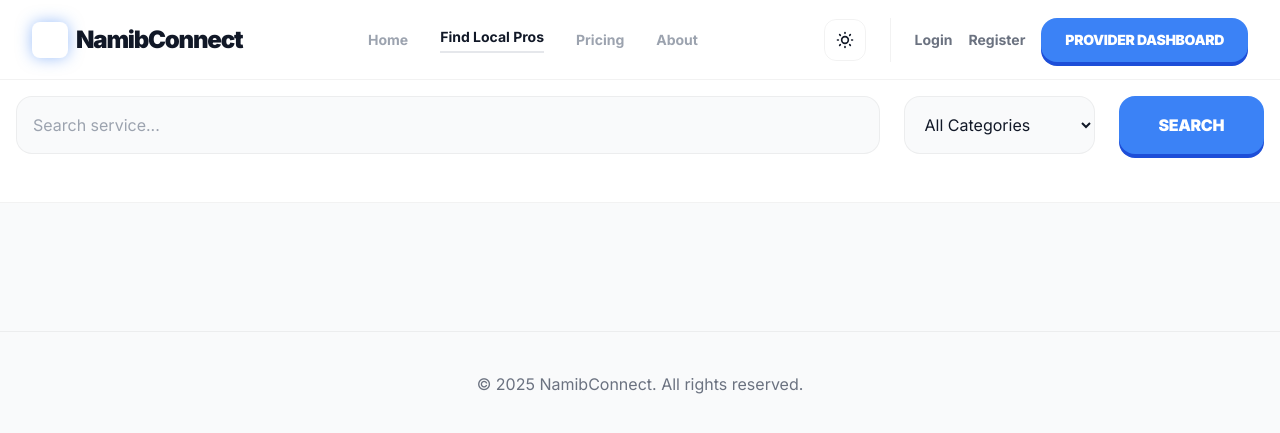
Repository: Paavo12/Localink
Page: frontend/search.html
The author's editor kept a copy of each file at every save. The page is drawn from the files as they stood at one save, then again after the next save.
The browser window is 1280 px wide. The pictures show the whole page.
The page's requests for data from a server got no answer. Some web libraries are served in a nearby version.

Above is the page before, as saved 2026-06-11 15:46:52.

### frontend/search.html
<!DOCTYPE html>
<html lang="en">
<head>
  <meta charset="UTF-8">
  <meta name="viewport" content="width=device-width, initial-scale=1.0">
  <title>Search – NamibConnect</title>
  <script src="https://cdn.tailwindcss.com"></script>
  <link rel="stylesheet" href="styles.css">
  <script src="script.js" defer></script>
</head>
<body class="bg-[var(--bg-main)] text-[var(--text-main)]">

  <!-- Navbar (same as index.html) -->
  <nav class="fixed top-0 left-0 right-0 z-50 glass-nav h-20">
    <div class="max-w-7xl mx-auto px-4 sm:px-6 lg:px-8 h-full">
      <div class="flex justify-between h-full items-center">
        <a href="index.html" class="flex items-center gap-2 group">
          <div class="w-9 h-9 bg-accent rounded-lg flex items-center justify-center transition-transform group-hover:rotate-12 shadow-neon">
            <span class="text-white font-display font-black text-xl">N</span>
          </div>
          <span class="font-display font-black text-2xl tracking-tighter text-[var(--text-main)]">NamibConnect</span>
        </a>
        <div class="hidden md:flex items-center gap-8">
          <a href="index.html" class="text-sm font-bold text-gray-400 hover:text-[var(--text-main)] transition-colors">Home</a>
          <a href="search.html" class="text-sm font-bold text-accent border-b-2 border-accent pb-1">Find Local Pros</a>
          <a href="pricing.html" class="text-sm font-bold text-gray-400 hover:text-[var(--text-main)] transition-colors">Pricing</a>
          <a href="about.html" class="text-sm font-bold text-gray-400 hover:text-[var(--text-main)] transition-colors">About</a>
        </div>
        <div class="hidden md:flex items-center gap-6">
          <button id="themeToggle" class="p-2.5 rounded-xl border border-[var(--border-main)] text-[var(--text-main)] hover:bg-[var(--border-main)] transition-all">
            <svg class="w-5 h-5 dark:hidden" fill="none" stroke="currentColor" viewBox="0 0 24 24"><path stroke-linecap="round" stroke-linejoin="round" stroke-width="2" d="M12 3v1m0 16v1m9-9h-1M4 12H3m15.364 6.364l-.707-.707M6.343 6.343l-.707-.707m12.728 0l-.707.707M6.343 17.657l-.707.707M16 12a4 4 0 11-8 0 4 4 0 018 0z"></path></svg>
            <svg class="w-5 h-5 hidden dark:block" fill="none" stroke="currentColor" viewBox="0 0 24 24"><path stroke-linecap="round" stroke-linejoin="round" stroke-width="2" d="M20.354 15.354A9 9 0 018.646 3.646 9.003 9.003 0 0012 21a9.003 9.003 0 008.354-5.646z"></path></svg>
          </button>
          <div class="flex items-center gap-4 border-l border-[var(--border-main)] pl-6">
            <a href="login.html" class="text-sm font-bold text-gray-500 hover:text-[var(--text-main)] transition-colors">Login</a>
            <a href="register.html" class="text-sm font-bold text-gray-500 hover:text-[var(--text-main)] transition-colors">Register</a>
            <a href="dashboard.html" class="btn-primary text-sm">Provider Dashboard</a>
          </div>
        </div>
        <div class="md:hidden">
          <button id="mobileMenuBtn" class="p-2">
            <svg class="w-6 h-6" fill="none" stroke="currentColor" viewBox="0 0 24 24"><path stroke-linecap="round" stroke-linejoin="round" stroke-width="2" d="M4 6h16M4 12h16M4 18h16"></path></svg>
          </button>
        </div>
      </div>
    </div>
    <div id="mobileMenu" class="hidden md:hidden bg-[var(--card-bg)] border-t border-[var(--border-main)]">
      <div class="px-4 py-6 space-y-4">
        <a href="search.html" class="block text-lg font-medium">Find Services</a>
        <a href="pricing.html" class="block text-lg font-medium">Pricing</a>
        <a href="about.html" class="block text-lg font-medium">About</a>
        <a href="login.html" class="block text-lg font-medium">Login</a>
        <a href="register.html" class="block text-lg font-medium">Register</a>
        <a href="dashboard.html" class="block btn-primary text-center">Provider Dashboard</a>
      </div>
    </div>
  </nav>

  <div class="pt-24 pb-12 border-b border-[var(--border-main)] bg-[var(--card-bg)]">
    <div class="max-w-7xl mx-auto px-4">
      <div class="flex flex-col md:flex-row gap-6">
        <input type="text" id="searchInput" placeholder="Search service..." class="flex-1 p-4 bg-[var(--bg-main)] rounded-2xl border border-[var(--border-main)] text-[var(--text-main)]">
        <select id="categorySelect" class="p-4 bg-[var(--bg-main)] rounded-2xl border border-[var(--border-main)] text-[var(--text-main)]">
          <option value="">All Categories</option>
          <option>Hair Salon</option><option>Barbershop</option><option>Car Rental</option>
          <option>Plumbing</option><option>Cleaning Services</option><option>Electrician</option><option>Catering</option>
        </select>
        <button id="searchBtn" class="btn-primary px-10">Search</button>
      </div>
    </div>
  </div>

  <main class="max-w-7xl mx-auto px-4 py-16">
    <div id="gridContainer" class="grid grid-cols-1 md:grid-cols-2 lg:grid-cols-3 gap-10"></div>
  </main>

  <footer class="bg-[var(--bg-main)] border-t border-[var(--border-main)] py-10 text-center text-gray-500">
    <p>© 2025 NamibConnect. All rights reserved.</p>
  </footer>

  <script>
    // mobile menu
    const mobileBtn = document.getElementById('mobileMenuBtn');
    const mobileMenu = document.getElementById('mobileMenu');
    if (mobileBtn && mobileMenu) {
      mobileBtn.addEventListener('click', () => mobileMenu.classList.toggle('hidden'));
    }
  </script>
</body>
</html>

### frontend/styles.css
/* styles.css – full with dark mode */
@import url('https://fonts.googleapis.com/css2?family=Inter:opsz,wght@14..32,100..900&family=Outfit:wght@100..900&display=swap');

:root {
  --bg-main: #F9FAFB;
  --text-main: #111827;
  --card-bg: #FFFFFF;
  --border-main: rgba(0,0,0,0.05);
  --accent-color: #3b82f6;
}
.dark {
  --bg-main: #0a0c10;
  --text-main: #F9FAFB;
  --card-bg: #161b22;
  --border-main: #30363d;
}
body {
  background-color: var(--bg-main);
  color: var(--text-main);
  transition: background-color 0.3s, color 0.3s;
  font-family: 'Inter', sans-serif;
}
h1, h2, h3, h4, h5, h6 {
  font-family: 'Outfit', sans-serif;
}
.glass-nav {
  background-color: var(--card-bg);
  border-bottom: 1px solid var(--border-main);
  backdrop-filter: blur(12px);
}
.bold-search {
  display: flex;
  align-items: center;
  background-color: var(--card-bg);
  border: 2px solid var(--border-main);
  border-radius: 1.5rem;
  box-shadow: 8px 8px 0 0 rgba(59,130,246,0.1);
  transition: all 0.2s;
}
.bold-search:focus-within {
  box-shadow: 12px 12px 0 0 rgba(59,130,246,0.15);
}
.btn-primary {
  background-color: var(--accent-color);
  color: white;
  padding: 0.75rem 1.5rem;
  border-radius: 1rem;
  font-weight: 900;
  text-transform: uppercase;
  letter-spacing: -0.025em;
  transition: all 0.2s;
  box-shadow: 0 4px 0 0 #1d4ed8;
  display: inline-block;
  text-align: center;
}
.btn-primary:hover {
  background-color: #2563eb;
  transform: translateY(-1px);
}
.btn-secondary {
  background-color: var(--card-bg);
  border: 2px solid var(--border-main);
  color: var(--text-main);
  padding: 0.75rem 1.5rem;
  border-radius: 1rem;
  font-weight: 900;
  text-transform: uppercase;
  transition: all 0.2s;
  box-shadow: 0 4px 0 0 var(--text-main);
  display: inline-block;
  text-align: center;
}
.shadow-neon {
  box-shadow: 0 0 15px rgba(59,130,246,0.5);
}
.badge-verified {
  background-color: rgba(59,130,246,0.1);
  color: var(--accent-color);
  font-size: 0.625rem;
  font-weight: 900;
  padding: 0.25rem 0.5rem;
  border-radius: 9999px;
  text-transform: uppercase;
  letter-spacing: 0.05em;
}
.transition-all {
  transition-property: all;
  transition-timing-function: cubic-bezier(0.4, 0, 0.2, 1);
  transition-duration: 0.2s;
}
.quote-form input, .quote-form textarea {
  background-color: var(--bg-main);
  border: 1px solid var(--border-main);
  border-radius: 1rem;
  padding: 0.75rem 1rem;
  color: var(--text-main);
  font-weight: 500;
  width: 100%;
}
.quote-form input:focus, .quote-form textarea:focus {
  outline: none;
  border-color: var(--accent-color);
}
input[type="time"] {
  appearance: none;
  -webkit-appearance: none;
  background-color: var(--bg-main);
  color: var(--text-main);
  border: 1px solid var(--border-main);
  border-radius: 0.75rem;
  padding: 0.5rem;
  font-family: inherit;
}
input[type="time"]::-webkit-calendar-picker-indicator {
  filter: invert(0.5);
  cursor: pointer;
}
.dark input[type="time"]::-webkit-calendar-picker-indicator {
  filter: invert(1);
}

Loaded but not shown: frontend/script.js (477 lines, source omitted)

After the next save:
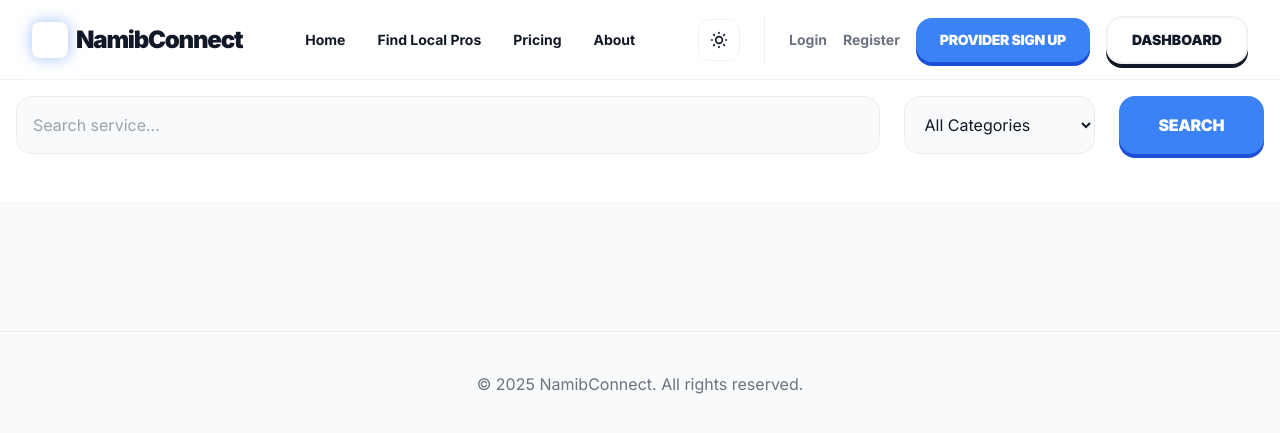
Saved 2 min 33 s later.
--- a/frontend/search.html
+++ b/frontend/search.html
@@ -10,52 +10,52 @@
 </head>
 <body class="bg-[var(--bg-main)] text-[var(--text-main)]">
 
-  <!-- Navbar (same as index.html) -->
-  <nav class="fixed top-0 left-0 right-0 z-50 glass-nav h-20">
-    <div class="max-w-7xl mx-auto px-4 sm:px-6 lg:px-8 h-full">
-      <div class="flex justify-between h-full items-center">
-        <a href="index.html" class="flex items-center gap-2 group">
-          <div class="w-9 h-9 bg-accent rounded-lg flex items-center justify-center transition-transform group-hover:rotate-12 shadow-neon">
-            <span class="text-white font-display font-black text-xl">N</span>
-          </div>
-          <span class="font-display font-black text-2xl tracking-tighter text-[var(--text-main)]">NamibConnect</span>
-        </a>
-        <div class="hidden md:flex items-center gap-8">
-          <a href="index.html" class="text-sm font-bold text-gray-400 hover:text-[var(--text-main)] transition-colors">Home</a>
-          <a href="search.html" class="text-sm font-bold text-accent border-b-2 border-accent pb-1">Find Local Pros</a>
-          <a href="pricing.html" class="text-sm font-bold text-gray-400 hover:text-[var(--text-main)] transition-colors">Pricing</a>
-          <a href="about.html" class="text-sm font-bold text-gray-400 hover:text-[var(--text-main)] transition-colors">About</a>
+ <nav class="fixed top-0 left-0 right-0 z-50 glass-nav h-20">
+  <div class="max-w-7xl mx-auto px-4 sm:px-6 lg:px-8 h-full">
+    <div class="flex justify-between h-full items-center">
+      <a href="index.html" class="flex items-center gap-2 group">
+        <div class="w-9 h-9 bg-accent rounded-lg flex items-center justify-center transition-transform group-hover:rotate-12 shadow-neon">
+          <span class="text-white font-display font-black text-xl">N</span>
         </div>
-        <div class="hidden md:flex items-center gap-6">
-          <button id="themeToggle" class="p-2.5 rounded-xl border border-[var(--border-main)] text-[var(--text-main)] hover:bg-[var(--border-main)] transition-all">
-            <svg class="w-5 h-5 dark:hidden" fill="none" stroke="currentColor" viewBox="0 0 24 24"><path stroke-linecap="round" stroke-linejoin="round" stroke-width="2" d="M12 3v1m0 16v1m9-9h-1M4 12H3m15.364 6.364l-.707-.707M6.343 6.343l-.707-.707m12.728 0l-.707.707M6.343 17.657l-.707.707M16 12a4 4 0 11-8 0 4 4 0 018 0z"></path></svg>
-            <svg class="w-5 h-5 hidden dark:block" fill="none" stroke="currentColor" viewBox="0 0 24 24"><path stroke-linecap="round" stroke-linejoin="round" stroke-width="2" d="M20.354 15.354A9 9 0 018.646 3.646 9.003 9.003 0 0012 21a9.003 9.003 0 008.354-5.646z"></path></svg>
-          </button>
-          <div class="flex items-center gap-4 border-l border-[var(--border-main)] pl-6">
-            <a href="login.html" class="text-sm font-bold text-gray-500 hover:text-[var(--text-main)] transition-colors">Login</a>
-            <a href="register.html" class="text-sm font-bold text-gray-500 hover:text-[var(--text-main)] transition-colors">Register</a>
-            <a href="dashboard.html" class="btn-primary text-sm">Provider Dashboard</a>
-          </div>
-        </div>
-        <div class="md:hidden">
-          <button id="mobileMenuBtn" class="p-2">
-            <svg class="w-6 h-6" fill="none" stroke="currentColor" viewBox="0 0 24 24"><path stroke-linecap="round" stroke-linejoin="round" stroke-width="2" d="M4 6h16M4 12h16M4 18h16"></path></svg>
-          </button>
+        <span class="font-display font-black text-2xl tracking-tighter text-[var(--text-main)]">NamibConnect</span>
+      </a>
+      <div class="hidden md:flex items-center gap-8">
+        <a href="index.html" class="text-sm font-bold HOME_CLASS">Home</a>
+        <a href="search.html" class="text-sm font-bold SEARCH_CLASS">Find Local Pros</a>
+        <a href="pricing.html" class="text-sm font-bold PRICING_CLASS">Pricing</a>
+        <a href="about.html" class="text-sm font-bold ABOUT_CLASS">About</a>
+      </div>
+      <div class="hidden md:flex items-center gap-6">
+        <button id="themeToggle" class="p-2.5 rounded-xl border border-[var(--border-main)] text-[var(--text-main)] hover:bg-[var(--border-main)] transition-all">
+          <svg class="w-5 h-5 dark:hidden" fill="none" stroke="currentColor" viewBox="0 0 24 24"><path stroke-linecap="round" stroke-linejoin="round" stroke-width="2" d="M12 3v1m0 16v1m9-9h-1M4 12H3m15.364 6.364l-.707-.707M6.343 6.343l-.707-.707m12.728 0l-.707.707M6.343 17.657l-.707.707M16 12a4 4 0 11-8 0 4 4 0 018 0z"></path></svg>
+          <svg class="w-5 h-5 hidden dark:block" fill="none" stroke="currentColor" viewBox="0 0 24 24"><path stroke-linecap="round" stroke-linejoin="round" stroke-width="2" d="M20.354 15.354A9 9 0 018.646 3.646 9.003 9.003 0 0012 21a9.003 9.003 0 008.354-5.646z"></path></svg>
+        </button>
+        <div class="flex items-center gap-4 border-l border-[var(--border-main)] pl-6">
+          <a href="login.html" class="text-sm font-bold text-gray-500 hover:text-[var(--text-main)] transition-colors">Login</a>
+          <a href="register.html" class="text-sm font-bold text-gray-500 hover:text-[var(--text-main)] transition-colors">Register</a>
+          <a href="register-provider.html" class="btn-primary text-sm">Provider Sign Up</a>
+          <a href="dashboard.html" class="btn-secondary text-sm">Dashboard</a>
         </div>
       </div>
-    </div>
-    <div id="mobileMenu" class="hidden md:hidden bg-[var(--card-bg)] border-t border-[var(--border-main)]">
-      <div class="px-4 py-6 space-y-4">
-        <a href="search.html" class="block text-lg font-medium">Find Services</a>
-        <a href="pricing.html" class="block text-lg font-medium">Pricing</a>
-        <a href="about.html" class="block text-lg font-medium">About</a>
-        <a href="login.html" class="block text-lg font-medium">Login</a>
-        <a href="register.html" class="block text-lg font-medium">Register</a>
-        <a href="dashboard.html" class="block btn-primary text-center">Provider Dashboard</a>
+      <div class="md:hidden">
+        <button id="mobileMenuBtn" class="p-2">
+          <svg class="w-6 h-6" fill="none" stroke="currentColor" viewBox="0 0 24 24"><path stroke-linecap="round" stroke-linejoin="round" stroke-width="2" d="M4 6h16M4 12h16M4 18h16"></path></svg>
+        </button>
       </div>
     </div>
-  </nav>
-
+  </div>
+  <div id="mobileMenu" class="hidden md:hidden bg-[var(--card-bg)] border-t border-[var(--border-main)]">
+    <div class="px-4 py-6 space-y-4">
+      <a href="search.html" class="block text-lg font-medium">Find Services</a>
+      <a href="pricing.html" class="block text-lg font-medium">Pricing</a>
+      <a href="about.html" class="block text-lg font-medium">About</a>
+      <a href="login.html" class="block text-lg font-medium">Login</a>
+      <a href="register.html" class="block text-lg font-medium">Register</a>
+      <a href="register-provider.html" class="block text-lg font-medium text-accent font-bold">Provider Sign Up</a>
+      <a href="dashboard.html" class="block btn-primary text-center">Dashboard</a>
+    </div>
+  </div>
+</nav>
   <div class="pt-24 pb-12 border-b border-[var(--border-main)] bg-[var(--card-bg)]">
     <div class="max-w-7xl mx-auto px-4">
       <div class="flex flex-col md:flex-row gap-6">
